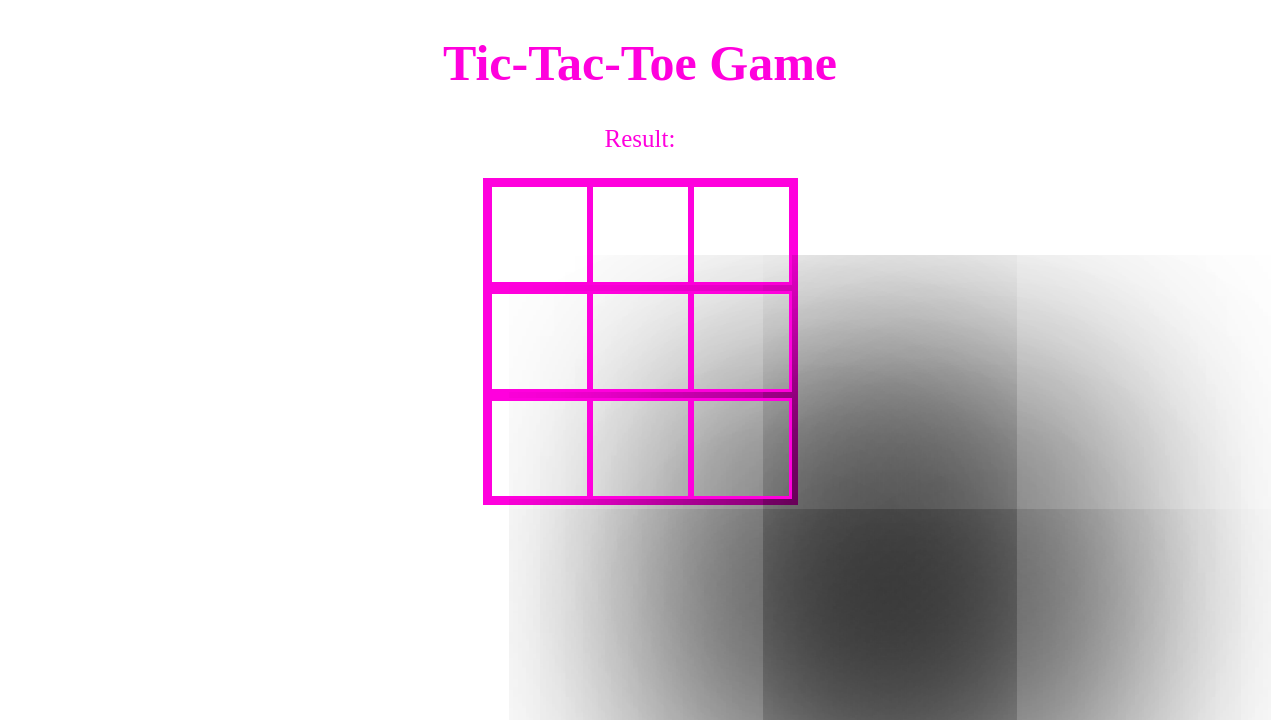
Repository: 0101chaitanya/Tic-Tac-Toe
Page: index.html
These files come from the project's save history. The page is drawn as it stood at one moment and after the next save; the edit follows.
The browser window is 1280 px wide. The pictures show the whole page.

Above is the page before, as saved 2021-06-09 18:02:59.

### index.html
<!DOCTYPE html>
<html>
    <head>
<meta charset="utf-8">
<title>Tic-Tac-Toe Game</title>
<link rel="stylesheet" href="styles.css">
    </head>
<body>
    <h1 id="heading">Tic-Tac-Toe Game</h1>

    <div id = "Output">
        <p  >Result:</p>
    </div>
    <div id = "gameSquare">

    <div id = "row1">
    <div class = "r1Column"></div>
    <div class = "rlColumn"></div>
    <div class = "rlColumn"></div>
</div>
<div id = "row2">
    <div class = "r2Column"></div>
    <div class = "r2Column"></div>
    <div class = "r2Column"></div>
</div>
<div id = "row3">
    <div class = "r3Column"></div>
    <div class = "r3Column"></div>
    <div class = "r3Column"></div>
</div>
</div>
</body>
<script type="text/javascript" src="script.js"></script>
</html>

### styles.css
:root{
    text-align: center;
}
@media  screen and (max-width: 400px){
    :root{
        color:blue;
        font-size: 14px;
}

}
@media  screen and (min-width: 401px) and (max-width: 700px){
    :root{
        color:rgb(30, 255, 0);
        font-size: 18px;
}


}@media  screen and (min-width: 701px) {
    :root{
        color:rgb(255, 0, 221);
        font-size:25px;
}

}

#gameSquare{
    border-style: solid;
    width:min-content;
    height:min-content;
    display:block;
    margin:auto;
}
#gameSquare>div:nth-child(n){
    border-style: solid;
    width:min-content;
    height:min-content;
    display:flex;
    justify-content:center;
    align-items:center;
}
#gameSquare>div:nth-child(n)>div:nth-child(n){
    display:block;
    margin: auto;
    border-style: solid;
    width:3.8rem;
    height:3.8rem;
box-shadow: 10rem 10rem 10rem 1rem black;
}

### script.js
/* (function(){
let
})(); */

After the next save:
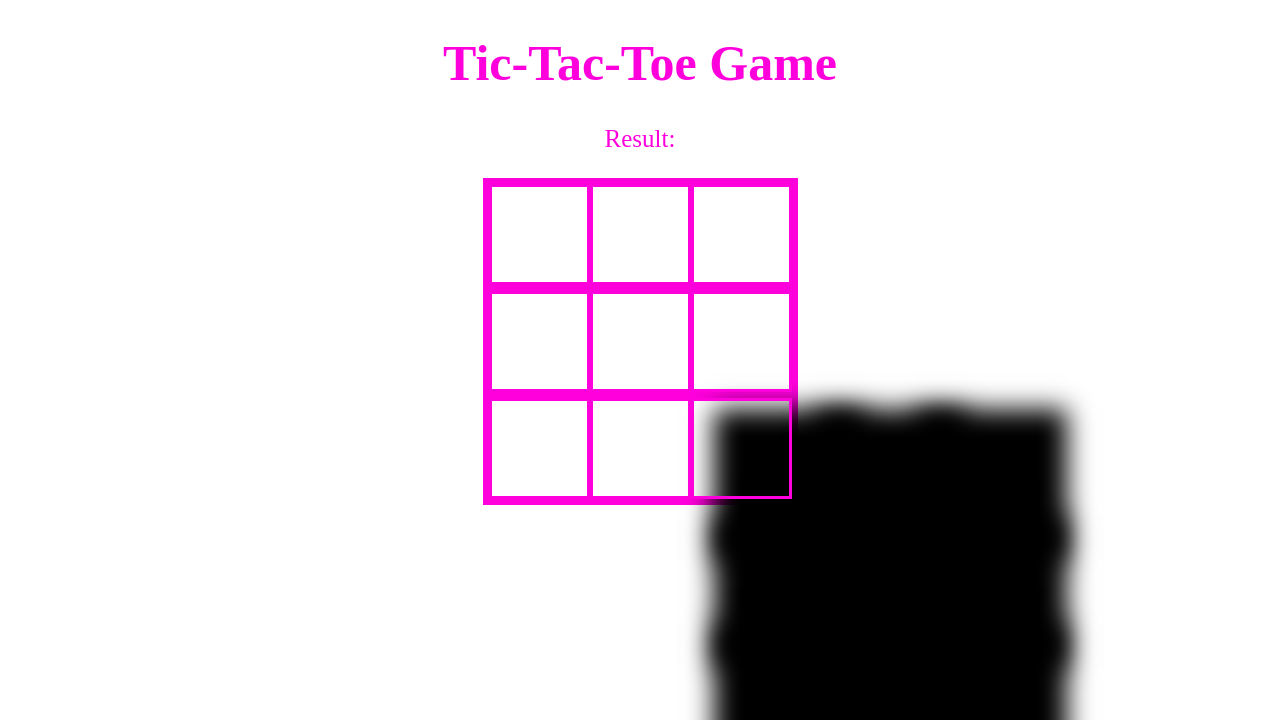
Saved 7 s later.
--- a/styles.css
+++ b/styles.css
@@ -44,5 +44,5 @@
     border-style: solid;
     width:3.8rem;
     height:3.8rem;
-box-shadow: 10rem 10rem 10rem 1rem black;
+box-shadow: 10rem 10rem 1rem 1rem black;
 }
